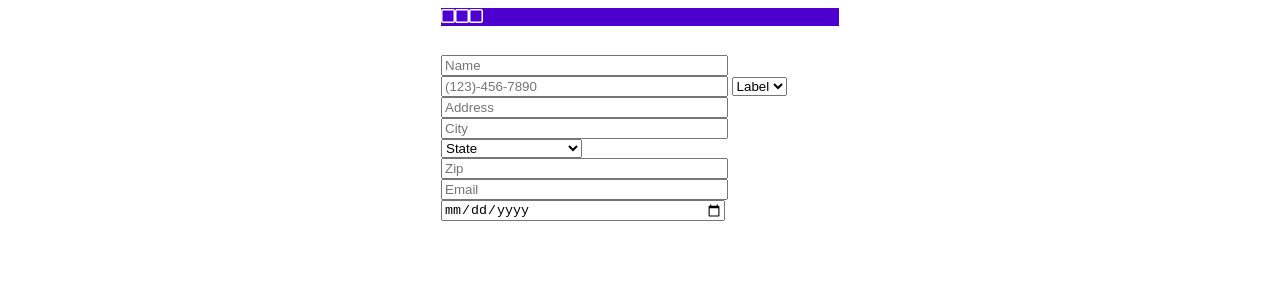
Repository: Sc-Juju/Mobile-Form
Page: index.html
An editor plug-in stored every save of this project. The page is shown before and after the next save, followed by the edit.
The browser window is 1280 px wide. The pictures show the whole page.
Some web libraries are served in a nearby version.

Above is the page before, as saved 2022-10-27 17:22:15.

After the next save:
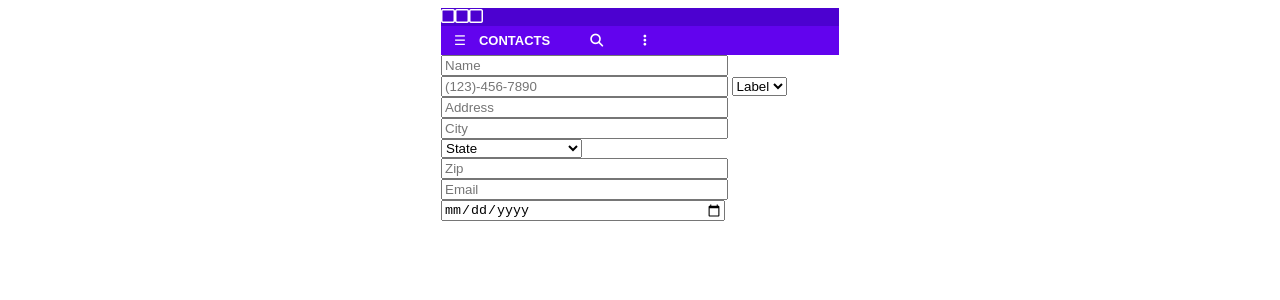
Saved 1 s later.
--- a/style.css
+++ b/style.css
@@ -37,8 +37,8 @@ ul{
     background-color: var(--header-top);
     color: var(--white);
 }
-.nav{
-    color: var(--header-bottom);
+.nav-bottom{
+    background-color: var(--header-bottom);
 }
 .nav-link a{
     color: var(--white);
